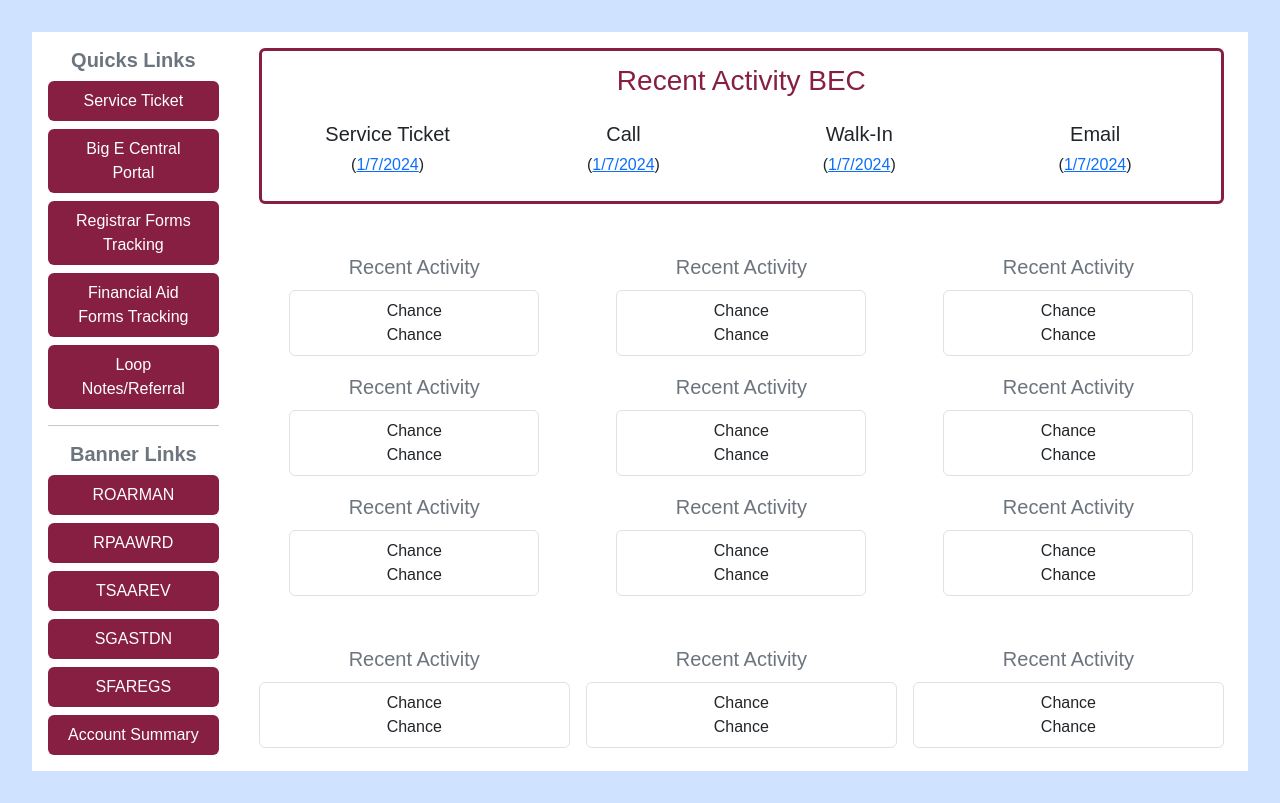
Repository: chancellor-w-whitaker/bec-tab
Page: /
These files come from the project's save history. The page is drawn as it stood at one moment and after the next save; the edit follows.
The browser window is 1280 px wide. The pictures show the whole page.
Some web fonts or font styles are not loaded; a fallback is used. The project was rebuilt for these pictures with package versions that can differ from the ones it lists, and the page was loaded fresh each time. Also part of the build but not shown: vite.config.js.

Above is the page before, as saved 2024-01-07 18:54:08.

After the next save:
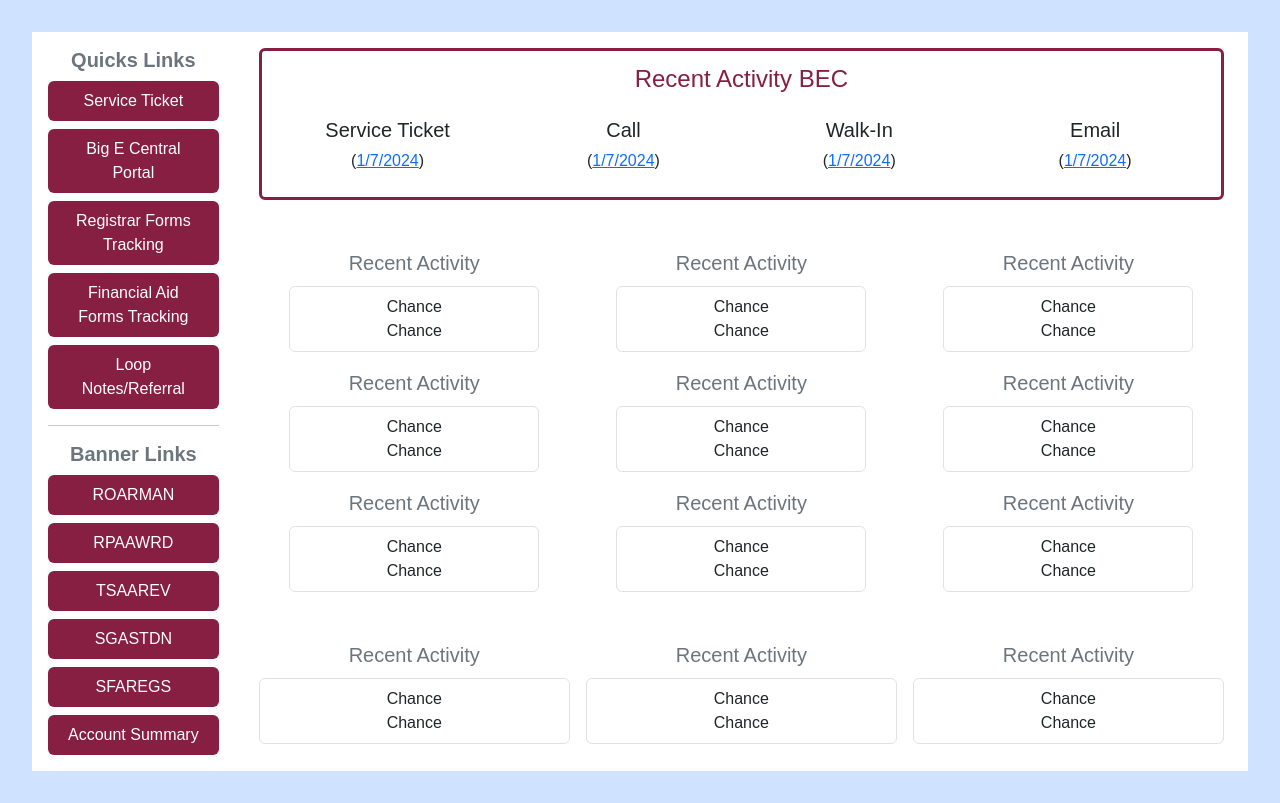
Saved 6 s later.
--- a/src/App.jsx
+++ b/src/App.jsx
@@ -123,7 +123,7 @@ const Main = () => {
             className="rounded text-center p-3 d-flex flex-column gap-3"
             style={{ border: `3px solid ${ekuMaroon}` }}
           >
-            <div className="fs-3 lh-1 fw-medium" style={{ color: ekuMaroon }}>
+            <div className="fs-4 lh-1 fw-medium" style={{ color: ekuMaroon }}>
               Recent Activity BEC
             </div>
             <div className="d-flex gap-3 flex-wrap text-nowrap">
